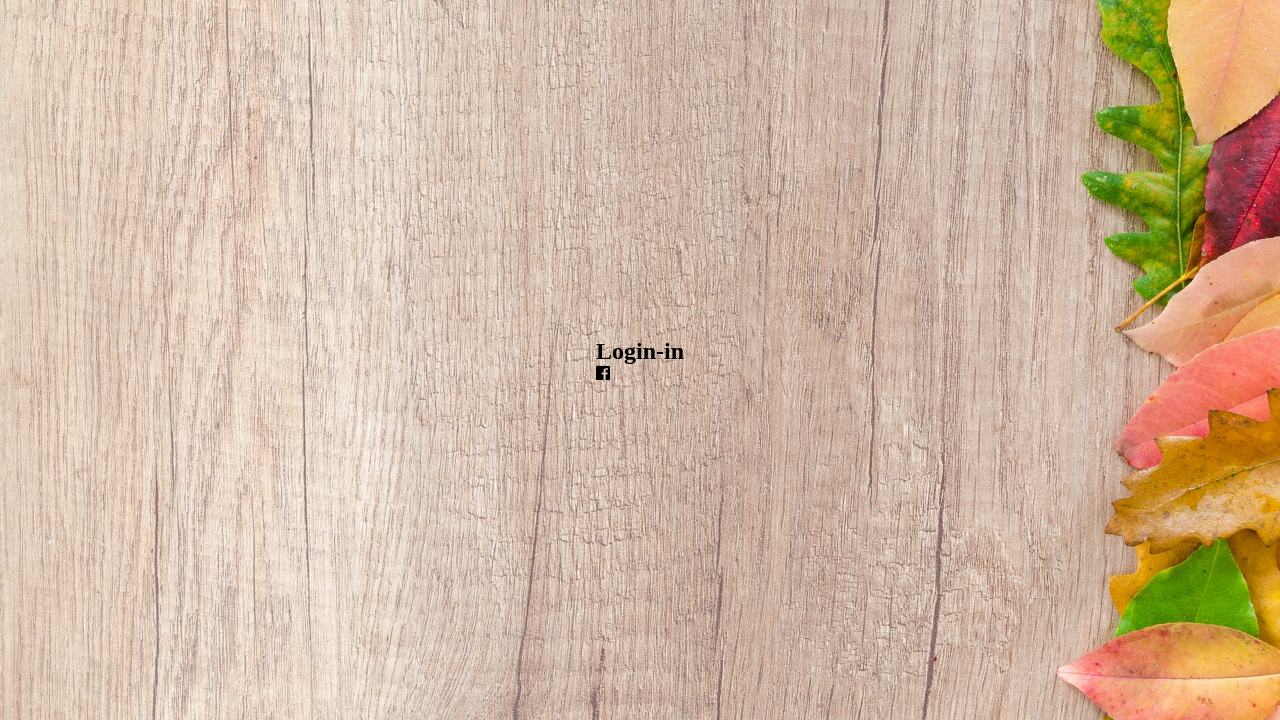
Repository: imedakrouti/BookStore
Page: ex.html
An editor plug-in stored every save of this project. The page is shown before and after the next save, followed by the edit.
The browser window is 1280 px wide. The pictures show the whole page.
Some web libraries are served in a nearby version.

Above is the page before, as saved 2020-05-08 15:18:20.

After the next save:
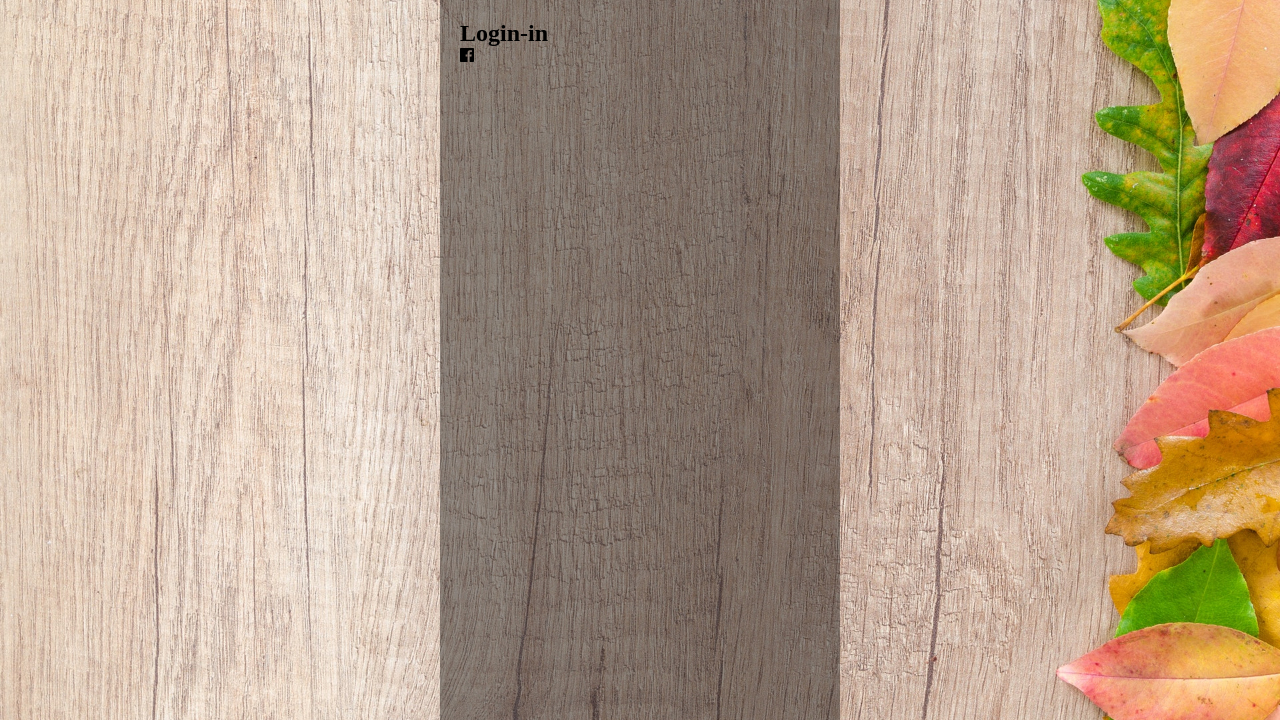
Saved 104 s later.
--- a/ex.html
+++ b/ex.html
@@ -20,6 +20,12 @@
         flex-direction: column;
         align-items: center;
         justify-content: center;
+    }
+    .form-contact{
+        width: 400px;
+        height: 100%;
+        padding: 20px;
+        background:rgba(0,0,0,.4);
     }
     /* header{
     height: 100vh;
